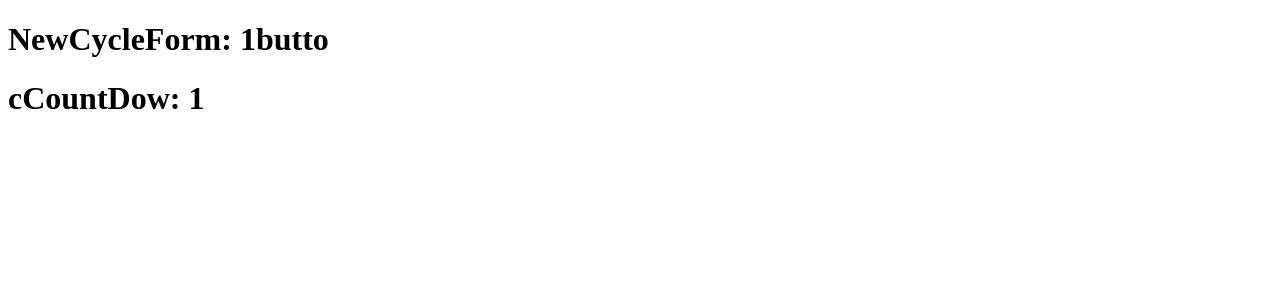
Repository: caueenrico/CoffeDelivery
Page: /
The author's editor kept a copy of each file at every save. The page is drawn from the files as they stood at one save, then again after a run of saves.
The browser window is 1280 px wide. The pictures show the whole page.
The project was rebuilt for these pictures with package versions that can differ from the ones it lists, and the page was loaded fresh each time. Also part of the build but not shown: vite.config.ts.

Above is the page before, as saved 2022-09-29 18:46:01.

### index.html
<!DOCTYPE html>
<html lang="en">
  <head>
    <meta charset="UTF-8" />

    <link rel="preconnect" href="https://fonts.googleapis.com" />
    <link rel="preconnect" href="https://fonts.gstatic.com" crossorigin />
    <link
      href="https://fonts.googleapis.com/css2?family=Baloo+2:wght@700;800&family=Roboto:wght@400;700&display=swap"
      rel="stylesheet"
    />

    <link rel="icon" type="image/svg+xml" href="/vite.svg" />
    <meta name="viewport" content="width=device-width, initial-scale=1.0" />
    <title>Vite + React + TS</title>
  </head>
  <body>
    <div id="root"></div>
    <script type="module" src="/src/main.tsx"></script>
  </body>
</html>

### src/App.tsx
import { BrowserRouter } from "react-router-dom";
import { ThemeProvider } from "styled-components";
import { HomeContext } from "./HomeContext";
import { Router } from "./Router";
import { defaultTheme } from "./styles/themes/default";
import { GlobalStyle } from "./styles/themes/global";

export function App() {
  return (

    <>
    <HomeContext/>
    </>
    // <ThemeProvider theme={defaultTheme}>
    //   <BrowserRouter>
    //     <Router />
    //   </BrowserRouter>
    //   <GlobalStyle />
    // </ThemeProvider>
  );
}

### src/HomeContext.tsx
import { createContext, useContext } from "react";

const CyclesContext = createContext({
  activeCycle: 1,
})

function NewCycleForm() {
  const {activeCycle} = useContext(CyclesContext)

  return <h1>NewCycleForm: {activeCycle}
  butto
  </h1>
}

function CountDown () {
  const {activeCycle} = useContext(CyclesContext)
  return <h1>cCountDow: {activeCycle} </h1>
}


export function HomeContext() {
  return (
    <div>
      <div>
        <NewCycleForm />
        <CountDown />
      </div>

    </div>
  );
}

Loaded but not shown: src/main.tsx (common file)

After the next 10 saves:
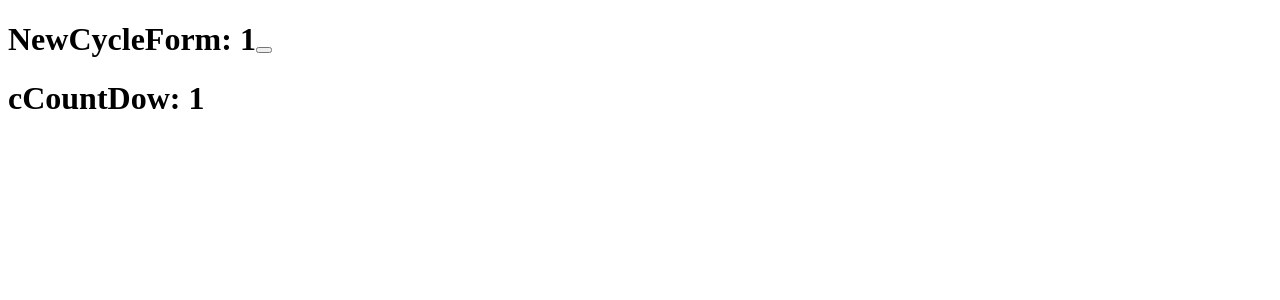
The 10 saves are shown as one change because 2 did not build or start and some came seconds apart.
The last was saved 27 s later.
--- a/src/HomeContext.tsx
+++ b/src/HomeContext.tsx
@@ -8,7 +8,9 @@ function NewCycleForm() {
   const {activeCycle} = useContext(CyclesContext)
 
   return <h1>NewCycleForm: {activeCycle}
-  butto
+  <button onClick={() => {
+
+  }}></button>
   </h1>
 }
 
